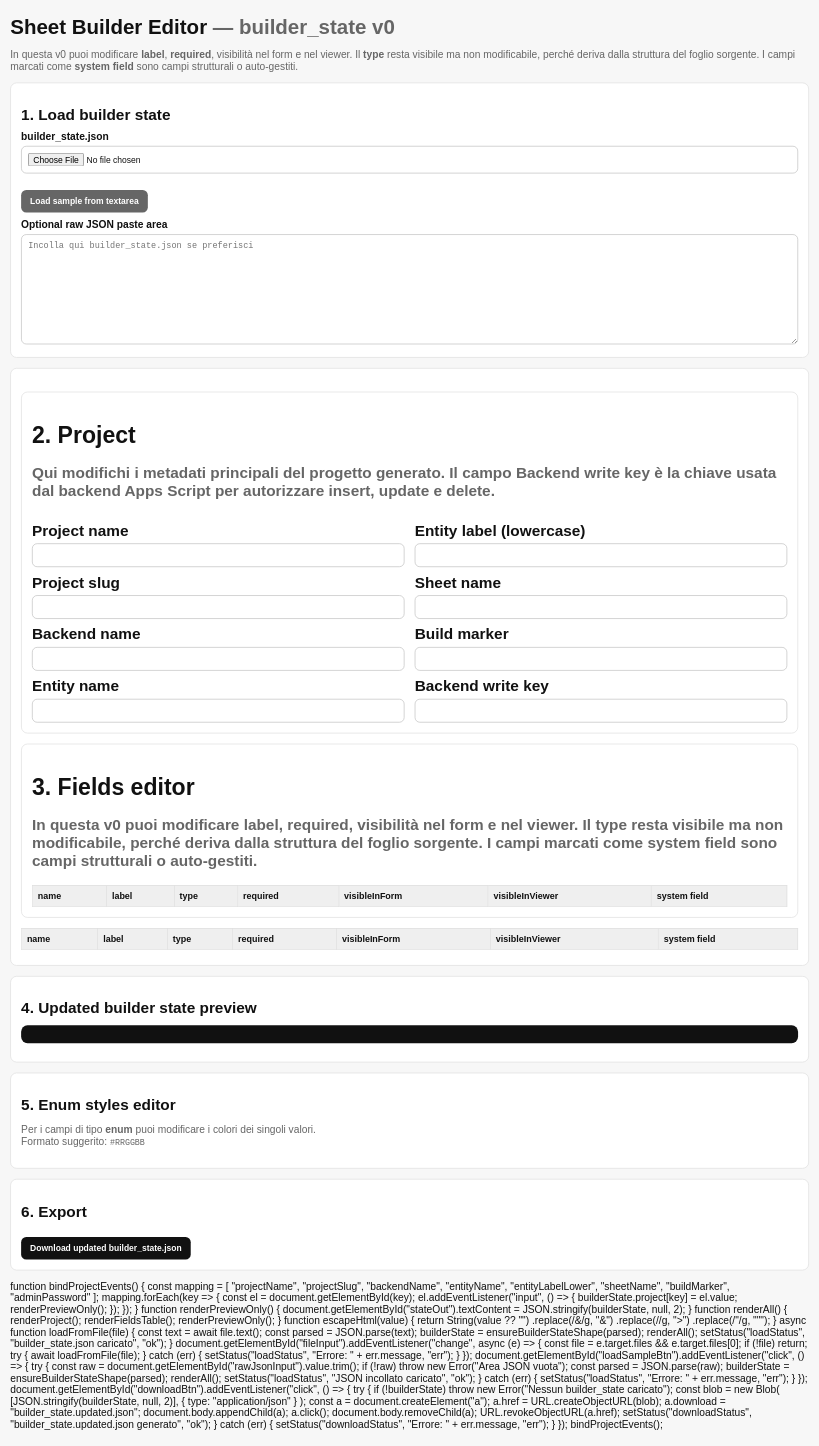
Repository: progettazionemauro/sheets.builder
Page: docs/builder.html
An editor plug-in stored every save of this project. The page is shown before and after the next save, followed by the edit.
The browser window is 1280 px wide. The pictures show the whole page, at 64% of full size.

Above is the page before, as saved 2026-04-14 04:59:01.

After the next save:
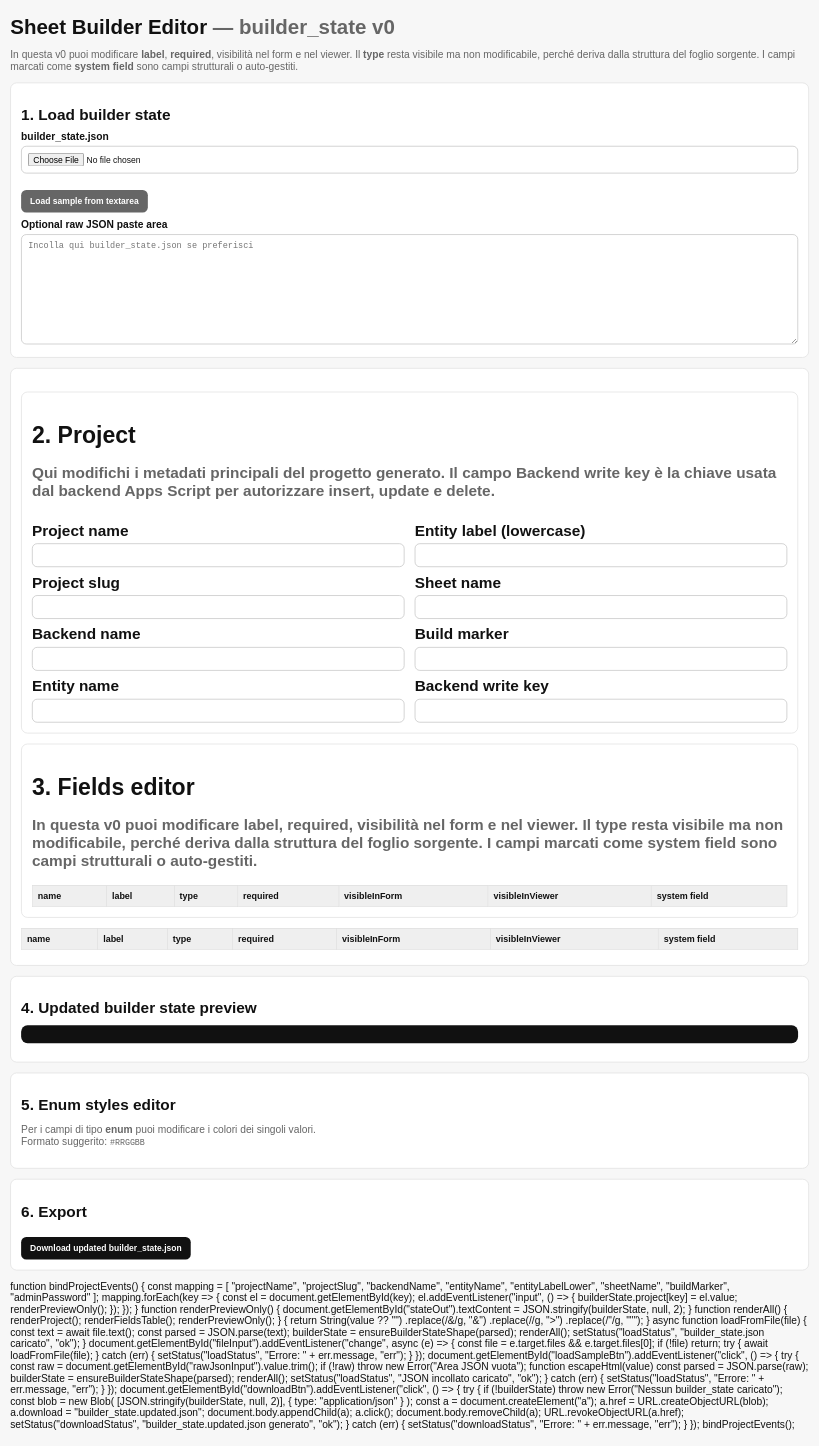
Saved 41 s later.
--- a/docs/builder.html
+++ b/docs/builder.html
@@ -732,7 +732,7 @@
     renderPreviewOnly();
   }
 
-  function escapeHtml(value) {
+   {
     return String(value ?? "")
       .replace(/&/g, "&amp;")
       .replace(/</g, "&lt;")
@@ -764,7 +764,7 @@
       const raw = document.getElementById("rawJsonInput").value.trim();
       if (!raw) throw new Error("Area JSON vuota");
 
-      const parsed = JSON.parse(raw);
+    function escapeHtml(value)  const parsed = JSON.parse(raw);
       builderState = ensureBuilderStateShape(parsed);
       renderAll();
       setStatus("loadStatus", "JSON incollato caricato", "ok");

After the save that followed:
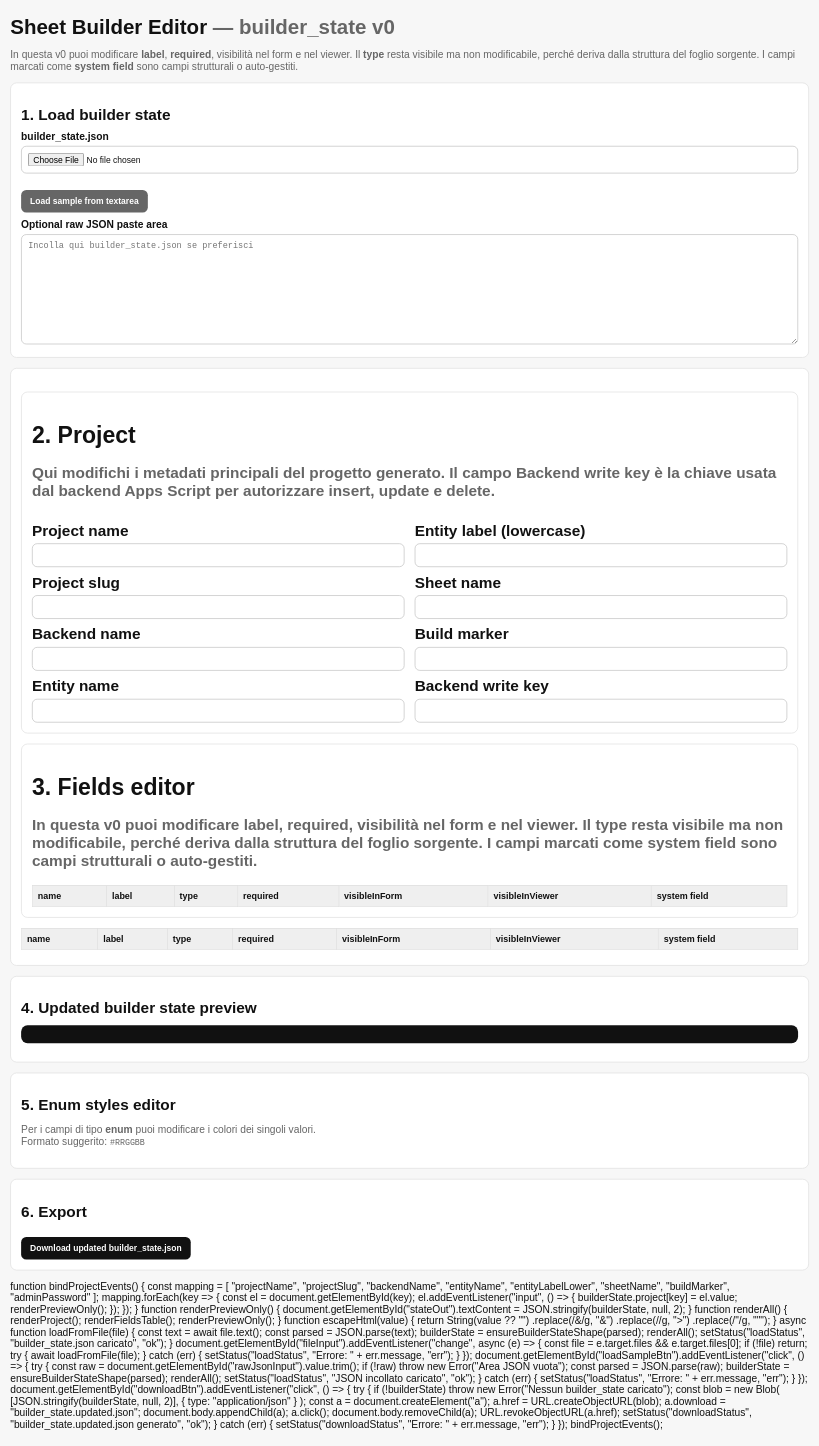
Saved 18 s later.
--- a/docs/builder.html
+++ b/docs/builder.html
@@ -732,7 +732,7 @@
     renderPreviewOnly();
   }
 
-   {
+  function escapeHtml(value) {
     return String(value ?? "")
       .replace(/&/g, "&amp;")
       .replace(/</g, "&lt;")
@@ -764,7 +764,7 @@
       const raw = document.getElementById("rawJsonInput").value.trim();
       if (!raw) throw new Error("Area JSON vuota");
 
-    function escapeHtml(value)  const parsed = JSON.parse(raw);
+      const parsed = JSON.parse(raw);
       builderState = ensureBuilderStateShape(parsed);
       renderAll();
       setStatus("loadStatus", "JSON incollato caricato", "ok");
